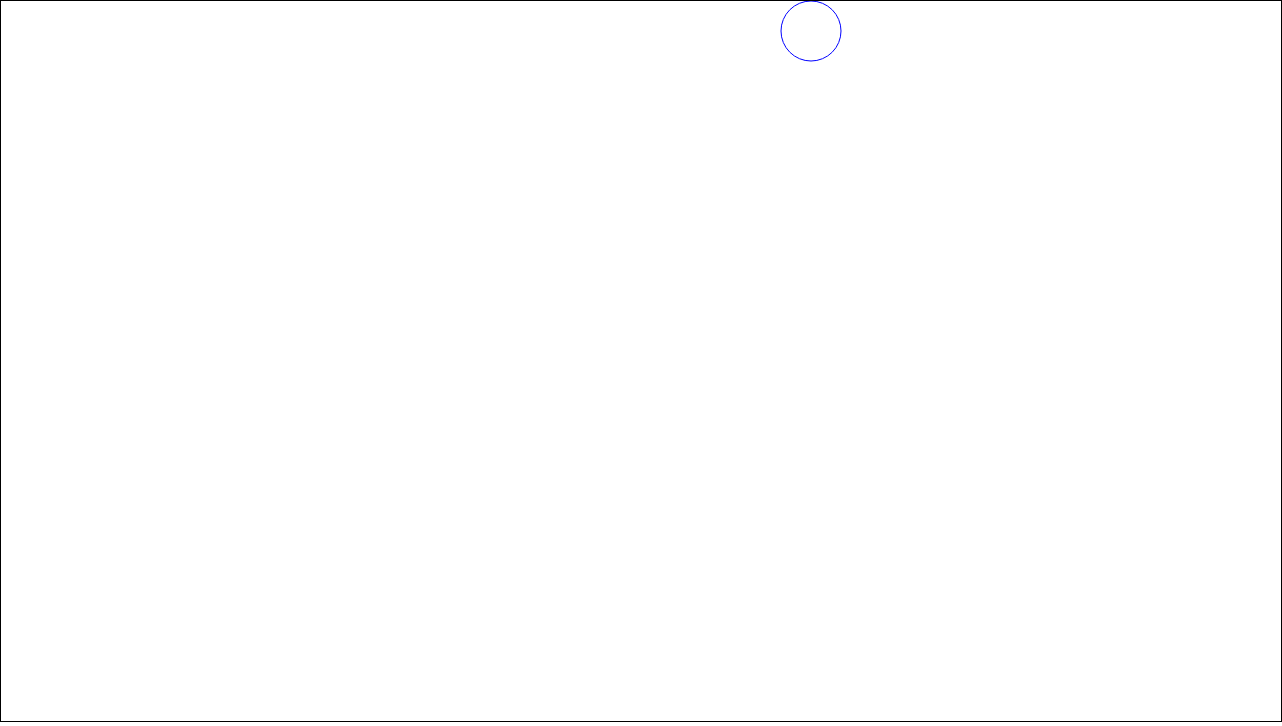
Repository: msminsu/study-canvas
Page: canvas/index.html
An editor plug-in stored every save of this project. The page is shown before and after the next save, followed by the edit.
The browser window is 1280 px wide. The page is 1282 px wide, so the pictures cover 1282 px, including what lies to the right of the window. The pictures show the whole page.

Above is the page before, as saved 2018-11-23 10:57:39.

### canvas/index.html
<!DOCTYPE html>
<html lang="en">
<head>
    <meta charset="UTF-8">
    <title>Document</title>
    <style>
        body{
            margin: 0;
        }
        canvas{
            width:100%;
            height: 100vh;
            border:1px solid black

        }
    </style>
</head>
<body>
    <canvas></canvas>
</body>
<script>
    var canvas = document.querySelector('canvas');
    canvas.width = window.innerWidth;
    canvas.height = window.innerHeight;

    var c = canvas.getContext('2d');

    // c.fillRect(100,100, 20, 20);


    /* c.beginPath();
    c.arc(200,200,30, 0, Math.PI * 2, false);
    c.strokeStyle = 'blue';
    c.stroke(); */


var x = 200;
var dx = 5;
var radius = 30;
    function animate(){
        requestAnimationFrame(animate);
        c.clearRect(0, 0, innerWidth, innerHeight);

        c.beginPath();
        c.arc(x,radius,30, 0, Math.PI * 2, false);
        c.strokeStyle = 'blue';
        c.stroke();

        if( x + radius > innerWidth){
            dx = -dx;
        }
        x+= dx;
    }

animate();

</script>
</html>

After the next save:
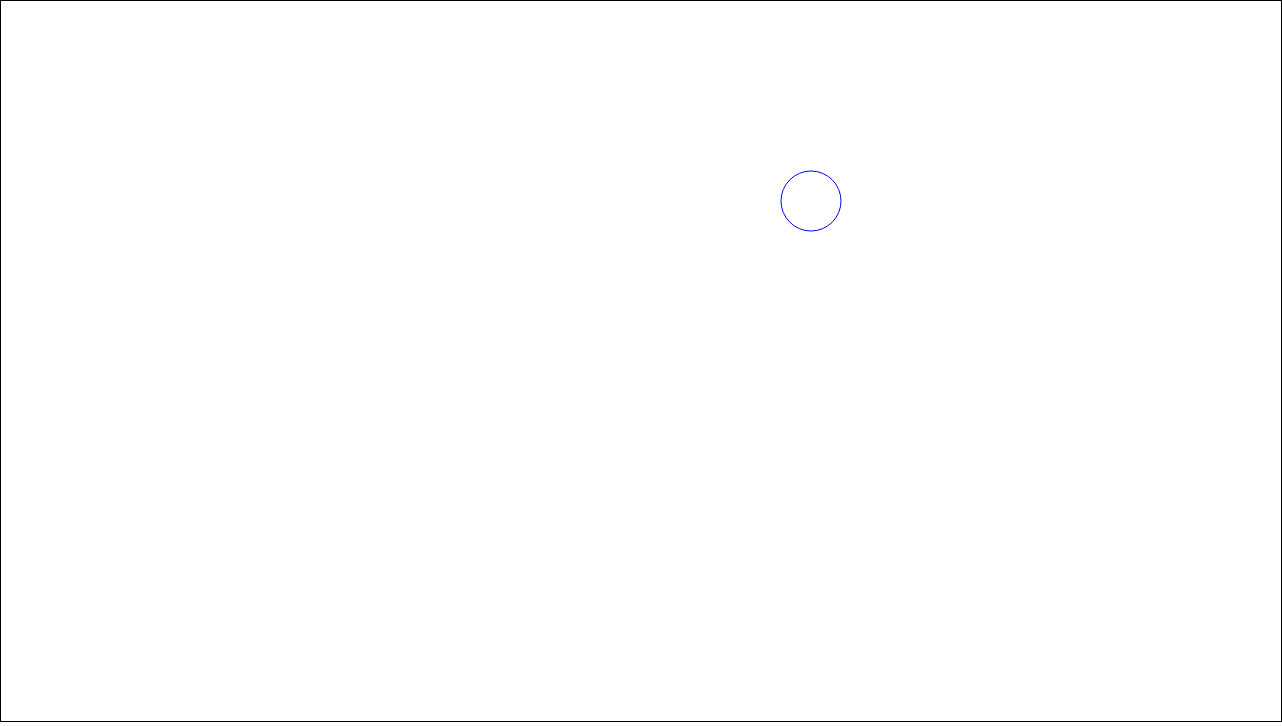
Saved 19 s later.
--- a/canvas/index.html
+++ b/canvas/index.html
@@ -42,7 +42,7 @@ var radius = 30;
         c.clearRect(0, 0, innerWidth, innerHeight);
 
         c.beginPath();
-        c.arc(x,radius,30, 0, Math.PI * 2, false);
+        c.arc(x,200,radius, 0, Math.PI * 2, false);
         c.strokeStyle = 'blue';
         c.stroke();
 
